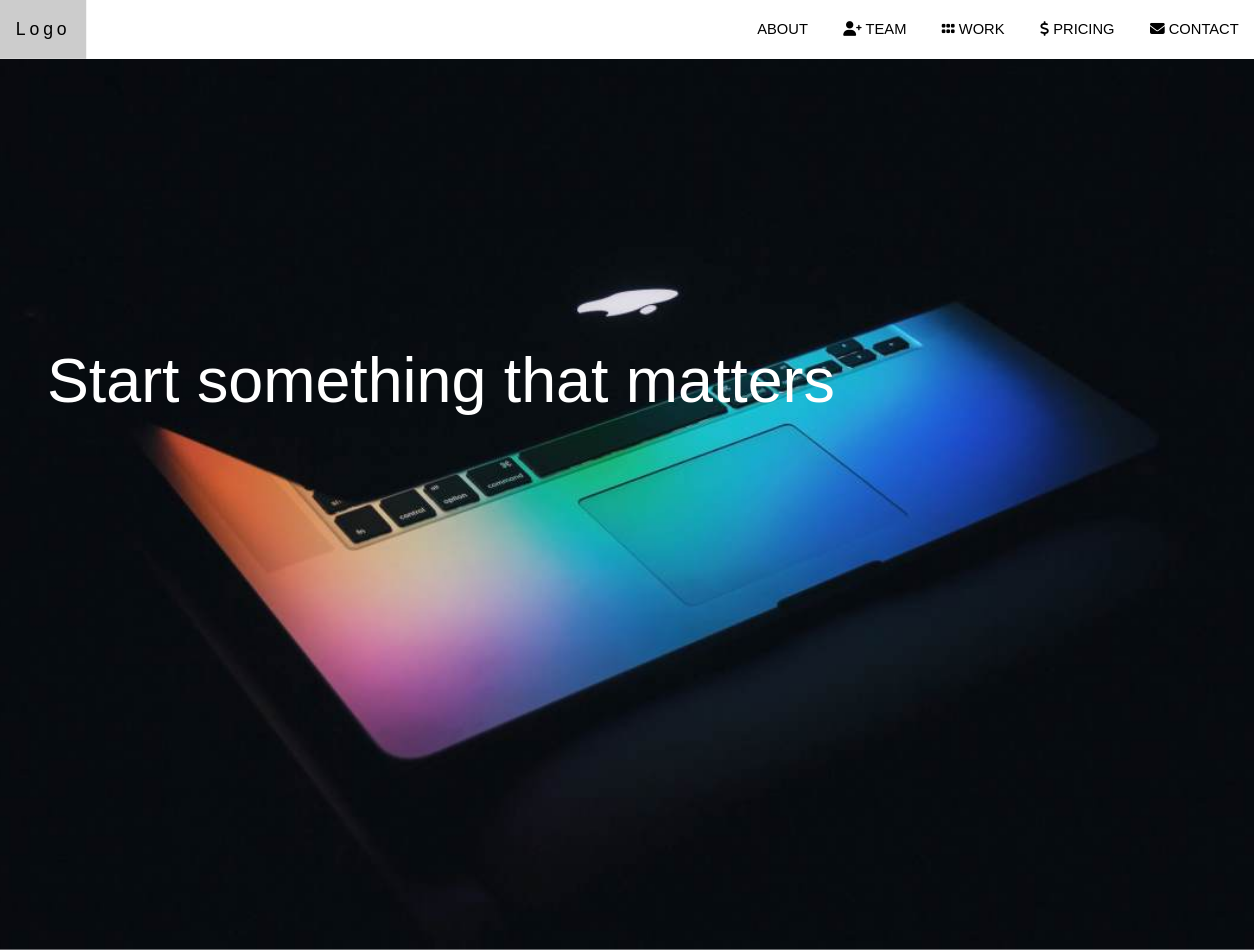
Repository: husterDC/Test
Page: index.html
The author's editor kept a copy of each file at every save. The page is drawn from the files as they stood at one save, then again after the next save.
The browser window is 1280 px wide. The pictures show the whole page, at 98% of full size.

Above is the page before, as saved 2022-10-13 09:57:53.

After the next save:
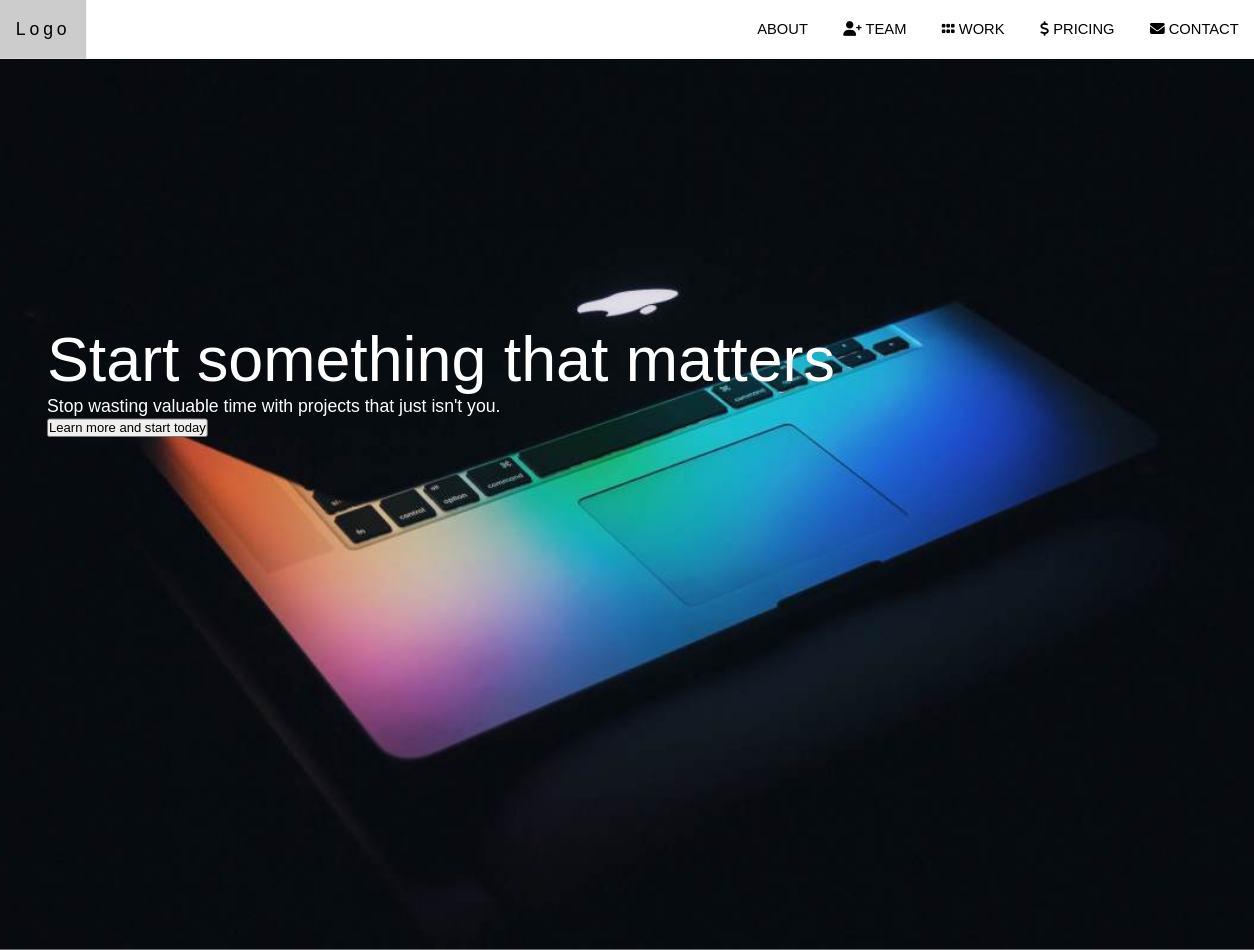
Saved 42 s later.
--- a/assets/style.css
+++ b/assets/style.css
@@ -72,9 +72,12 @@
     font-size: 18px;
     padding: 0 48px;
 }
-.slider_title {
-    font-size: 64px;
+.slider_content {
     position: absolute;
     top: 40%;
     transform: translateY(-50%);
 }
+.slider_title {
+    font-size: 64px;
+
+}
